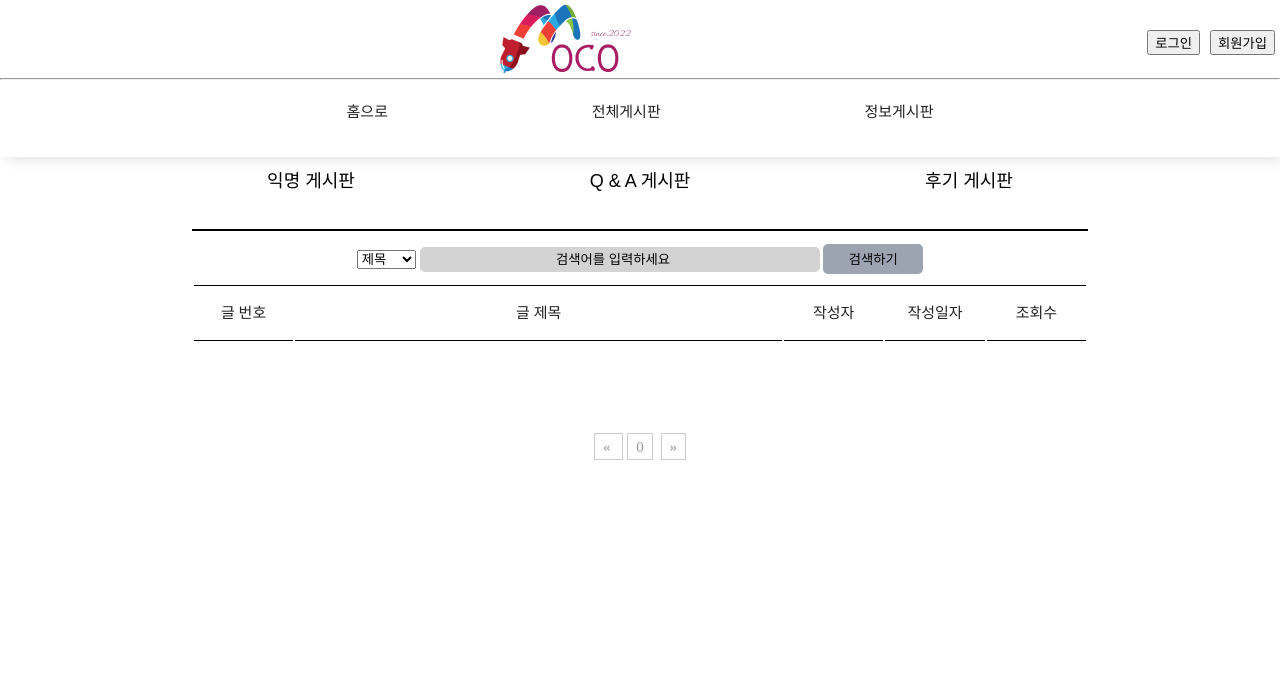
Repository: Pmyjava/mocosemi
Page: http://localhost/moco_SemiProject/WEB-INF/views/board/boardListQNA.jsp
The author's editor kept a copy of each file at every save. The page is drawn from the files as they stood at one save, then again after the next save.
The browser window is 1280 px wide. The pictures show the whole page.
The page is served by Tomcat 9. Nobody is signed in. Other server files are loaded and not shown. The template is opened directly, without the code that normally fills it, so the values that code supplies are empty.

Above is the page before, as saved 2022-11-23 03:25:39.
Console error: SyntaxError: Unexpected token ';'

### Semi_project2/moco_SemiProject/src/main/webapp/WEB-INF/views/board/boardListQNA.jsp
<%@ page language="java" contentType="text/html; charset=UTF-8"
    pageEncoding="UTF-8"%>
<%@ taglib prefix="c" uri="http://java.sun.com/jsp/jstl/core" %>
<!DOCTYPE html>
<html lang="en">
<head>
    <meta charset="UTF-8">
    <meta http-equiv="X-UA-Compatible" content="IE=edge">
    <meta name="viewport" content="width=device-width, initial-scale=1.0">
    <title>게시판</title>
    <style>
        .table{margin: auto;}
        .table td{width: 100px; text-align: center; height: 50px;}
        .table th{width: 150px; text-align: center; width: 325px;}
        #BoardListT{border-top: 2px solid black; width: 70%; }
        #BoardListT td{border-bottom: 1.5px solid black; width: 100px; height: 50px;}
        #BoardListT th{width: 150px; text-align: center; width: 325px;}

        .BoardList button{border: none;}
        #unknown{background-color: white; font-size: 18px; font-weight: 400;}
        #qNa{background-color: white; font-size: 18px; font-weight: 400;}
        #review{background-color: white; font-size: 18px; font-weight: 400;}
        #boardWrite{border: none; background-color: rgba(149, 156, 171, 0.925); color: black; border-radius: 10px;
                    height: 35px; width: 150px; text-align:center;
        }
        #boardWrite:hover{background-color: darkblue; color: white;}

        #searchText{border: none; width: 400px; height: 25px; border-radius: 5px; background-color: lightgray;}
        #searchText::placeholder{text-align: center; color: black;}

        #searchBtn{width: 100px; height: 30px; border: none; border-radius: 5px; background-color: rgba(149, 156, 171, 0.925);}
        #searchBtn:hover{background-color: darkblue; color: white;}

        #number{text-align: center;}
        #header{border: 1px solid black;}
        #footD{border: 1px solid black;}

		 .page{
		  text-align: center;  // div 사이즈 영역 안에서의 center
		  width: 50%;}

		.pagination {
		  list-style: none;
		  display: inline-block;
		  padding: 0;
		  margin-top: 20px;}

		.pagination li {
		  display: inline;
		  text-align: center;}

		// 숫자들에 대한 스타일 지정
		.pagination a {
		  float: left;
		  display: block;
		  font-size: 14px;
		  text-decoration: none;
		  padding: 5px 12px;
		  color: #96a0ad;
		  line-height: 1.5;}

		.first{
		  margin-right: 15px;}

		.last{
		  margin-left: 15px;}

		.first:hover, .last:hover, .left:hover, .right:hover{
		  color: #2e9cdf;}

		.pagination a.active {
		  cursor: default;
		  color: #ffffff;}

		.pagination a:active {
		  outline: none;}

		.modal .num {
		  margin-left: 3px;
		  padding: 0;
		  width: 30px;
		  height: 30px;
		  line-height: 30px;
		  -moz-border-radius: 100%;
		  -webkit-border-radius: 100%;
		  border-radius: 100%;}

		.modal .num:hover {
		  background-color: #2e9cdf;
		  color: #ffffff;}

		.modal .num.active, .modal .num:active {
		  background-color: #2e9cdf;
		  cursor: pointer;}

		.arrow-left {
		  width: 0;
		  height: 0;
		  border-top: 10px solid transparent;
		  border-bottom: 10px solid transparent;
		  border-right:10px solid blue; }

        		.page{padding-top:25px; text-align:center;}
    	.page {padding:3px; MARGIN:3px; TEXT-ALIGN: center}
    	.page A {padding:5px 8px 4px 8px; MARGIN: 2px; BORDER: #ccc 1px solid; COLOR: #999; TEXT-DECORATION: none}
    	.page A:hover {BORDER:#999 1px solid; COLOR: #666;}
    	.page A:active {BORDER:#999 1px solid; COLOR: #666;}
    	.page .current {BORDER: #117bff 1px solid; padding:5px 8px 4px 8px; FONT-WEIGHT: bold; MARGIN: 2px; COLOR: #036cb4;}
    	.page .disabled {BORDER: #eee 1px solid; padding:5px 8px 4px 8px; MARGIN: 2px; COLOR: #ddd;}
    </style>
</head>
<body>
	<header>
    	<jsp:include page="/WEB-INF/views/main/nav.jsp"/>
    </header>
    <br><br><br><br><br><br>
    <hr>
        <div class="BoardList">
        <table class="table" id="CategoryT">
            <tr style="height: 50px;">
            <c:if test="${ !empty loginUser }">
	            <th>
	                <button type="button" id="boardWrite"
	                  onclick="location.href='${contextPath}/boardWrite.bo'">
	                  + &emsp;게시글 작성
	                  </button>
               	</th>
	         </c:if>
	            <th><button type="button" id="unknown" onclick="location.href='${contextPath}/boardUnKnown.bo'"> 익명 게시판</button></th>
	            <th><button type="button" id="qNa" onclick="location.href='${contextPath}/boardQNA.bo'"> Q & A 게시판</button></th>
	            <th><button type="button" id="review" onclick="location.href='${contextPath}/boardReview.bo'"> 후기 게시판</button></th>
            </tr>
        </table>
        <br>
        <table class="table" id="BoardListT">
            <tr style="height: 50px;">
                <td colspan="5">
                	<select>
                		<option value="title">제목</option>
                		<option value="contect">내용</option>
                		<option value="writer">작성자</option>
                	</select>
                    <input type="search" id="searchText" name="searchName" placeholder="검색어를 입력하세요">
                    <button type="button" id="searchBtn">검색하기</button>
                </td>
            </tr>
            <tr>
                <td>글 번호</td>
                <td style="width: 500px;">글 제목</td>
                <td>작성자</td>
                <td>작성일자</td>
                <td>조회수</td>
            </tr>
             <tbody id="selectTbody">
	         	<c:forEach items="${ list }" var="b">
		          			<tr>
		            			<td>${ b.boardNum }</td>
		            			<td>${ b.boardTitle }</td>
		            			<td>${ b.nickName }</td>
				                <td>${ b.boardModifyDate }</td>
				                <td>${ b.boardView }</td>
		          			</tr>
		          </c:forEach>
	          </tbody>
        </table>
    </div>
    <br><br><br>
    	<div class="page">
        	<ul class="pagination">
	            <li class="page-item">
	            	<c:url var="goBack" value="${ loc }">
	            		<c:param name="page" value="${ pi.currentPage-1 }"></c:param>
	            	</c:url>
	            	<a class="page-link" href="${ goBack }" aria-label="Previous">
	            		<span aria-hidden="true">&laquo;</span>
	              	</a>
	            </li>
	            <c:forEach begin="${ pi.startPage }" end="${ pi.endPage }" var="p">
	            	<c:url var="goNum" value="${ loc }">
	            		<c:param name="page" value="${ p }"></c:param>
	            	</c:url>
		            <li class="page-item"><a class="page-link" href="${ goNum }">${ p }</a></li>
	            </c:forEach>
	            <li class="page-item">
            	    <c:url var="goNext" value="${ loc }">
	            		<c:param name="page" value="${ pi.currentPage+1 }"></c:param>
	            	</c:url>
	            	<a class="page-link" href="#" aria-label="Next">
	            		<span aria-hidden="true">&raquo;</span>
	            	</a>
	            </li>
	    	</ul>
	    </div>
	<script>
		window.onload = () =>{
			const tbody = document.querySelector('tbody');
			const tds = tbody.querySelectorAll('td');
			for(const td of tds){
				td.addEventListener('click', function(){
					const trTds = this.parentElement.querySelectorAll('td');
					const boardId = trTds[0].innerText;
					const writer = trTds[2].innerText;
					location.href='${contextPath}/selectBoard.bo?bId=' + boardId + '&writer=' + writer + '&page=' + ${pi.currentPage};
				});
			}
		}
	</script>
</body>
</html>

### Semi_project2/moco_SemiProject/src/main/webapp/WEB-INF/views/main/nav.jsp
<%@ page language="java" contentType="text/html; charset=UTF-8"
    pageEncoding="UTF-8"%>
<%@ taglib prefix="c" uri="http://java.sun.com/jsp/jstl/core" %>

<!DOCTYPE html>
<html lang="ko">
<head>
    <meta charset="UTF-8">
    <meta http-equiv="X-UA-Compatible" content="IE=edge">
    <meta name="viewport" content="width=device-width, initial-scale=1.0">
    <title>nav</title>
    <style>
    	body {
			    margin: 0;
			    color: #222;
			    line-height: 1.5em;
			    font-size: 15px;
			    background-color: white;
			    font-weight: 300;
			}

		header {
			    font-weight: normal;
			    background: white;
			    box-shadow: 5px 0 15px rgba(0, 0, 0, 0.15);
			    width: 100%;
			    position: fixed;
			      top: 0;
			 	 left: 0;
			 	 right: 0;
			 	z-index: 555;
			}
		.navlogin input{
				margin: 5px;
			}
		.navlogin p{
			margin-top: -100px;
			text-align: right;
		}
		#login{
				margin-top: 30px;
				float:right;
			}

		#enroll{
				margin-top: 30px;
				float:right;
			}

		nav {
			    /* border: 1px solid red; */
			    width: 100%;
			    margin: auto;
			}

		nav > div {
			    /* border: 1px solid #000; */
			    height: 70px;
			    line-height: 50px;
			}
		.gnb a {
			    text-decoration: none;
			    color: #222;
			}

		.gnb {
			    display: inline-block;
			    width: 100%;
			    text-align: center;
			}

		.gnb a {
			    margin: 100px;
			}
    </style>
</head>
<body>
	<c:set value="${ pageContext.servletContext.contextPath }" var="contextPath" scope="application"/>
        <!-- header 영역 -->
        <header>
            <!-- 상단 nav bar -->
            <nav>
            	<!-- 제목, 로그인 -->
            	<div style="text-align:center" class="navlogin">
            		<a href="${contextPath }">
            			<img src="resources/assets/moco.png" id="logo">
            		</a>
            		<!-- 로그인 아닐시 -->
            		<c:if test="${ empty loginUser }">
            			<input type="button" id = "enroll" onclick="location.href='${contextPath}/enrollView.me'" value="회원가입"/>
            			<input type="button" id = "login" onclick="location.href='${contextPath}/loginView.me'" value="로그인"/>
            		</c:if>
            		<!-- 로그인 일시 -->
            		<c:if test="${ !empty loginUser }">
            			<p>
            				${ loginUser.memberNickName }님 환영합니다.
            				<button type="button" onclick="location.href='${contextPath}/logout.me'">로그아웃</button>
            			</p>
            		</c:if>
            	</div>
            	<hr>
                <!-- 목차 -->
                <div class="gnb">
                    <a href="${contextPath }">홈으로</a>
                    <a href="${contextPath }/list.bo">전체게시판</a>
                    <a href="${contextPath }/infoList.in">정보게시판</a>
                    <!-- 로그인이 아닐시 -->
                    <c:if test="${ empty loginUser }">
                    	<a href="#" style="display:none">마이페이지</a>
                    </c:if>
                    <!-- 로그인 일시 -->
                     <c:if test="${ !empty loginUser }">
                     	<!-- 일반회원일시. -->
                     	<c:if test="${loginUser.memberIsAdmin eq 'Y'}">
                     		<a href="#">관리자페이지</a>
                     	</c:if>
                    	<!-- 관리자 회원일시. -->
                     	<c:if test="${loginUser.memberIsAdmin eq 'N'}">
                     		<a href="#">마이페이지</a>
                     	</c:if>
                    </c:if>
                </div>
            </nav>
        </header>
</body>
</html>

### Semi_project2/moco_SemiProject/src/main/webapp/WEB-INF/views/main/footer.jsp
<%@ page language="java" contentType="text/html; charset=UTF-8"
    pageEncoding="UTF-8"%>
<!DOCTYPE html>
<html>
<head>
<meta charset="UTF-8">
<title>footer</title>
<style>
	body {
	    margin: 0;
	    color: #222;
	    line-height: 1.5em;
	    font-size: 15px;
	    background-color: white;
	    font-weight: 300;
	}
	footer {
		width: 100%;
	}

	#footer_logo {
	    float: left;
	    margin : 0px 0px 0px 500px;
	}
	#footer_box #address {
	    float: right;
	    margin : 0px 200px 0px 0px;
	}
</style>
</head>
<body>
	<footer>
	<div id="footer_box">
        <div id="footer_logo">
            <img src="resources/assets/moco.png">
        </div>
        <div id="address">
            <ul>
                <li>모두의 코딩</li>
                <li>(스마트웹&콘텐츠개발)스마트웹&콘텐츠 웹 응용SW 개발자 양성과정</li>
                <li>조원 : 강혜진 김동일 송영호 이주희 전혜련 </li>
            </ul>
        </div>
    </div>
</footer>
</body>
</html>

After the next save:
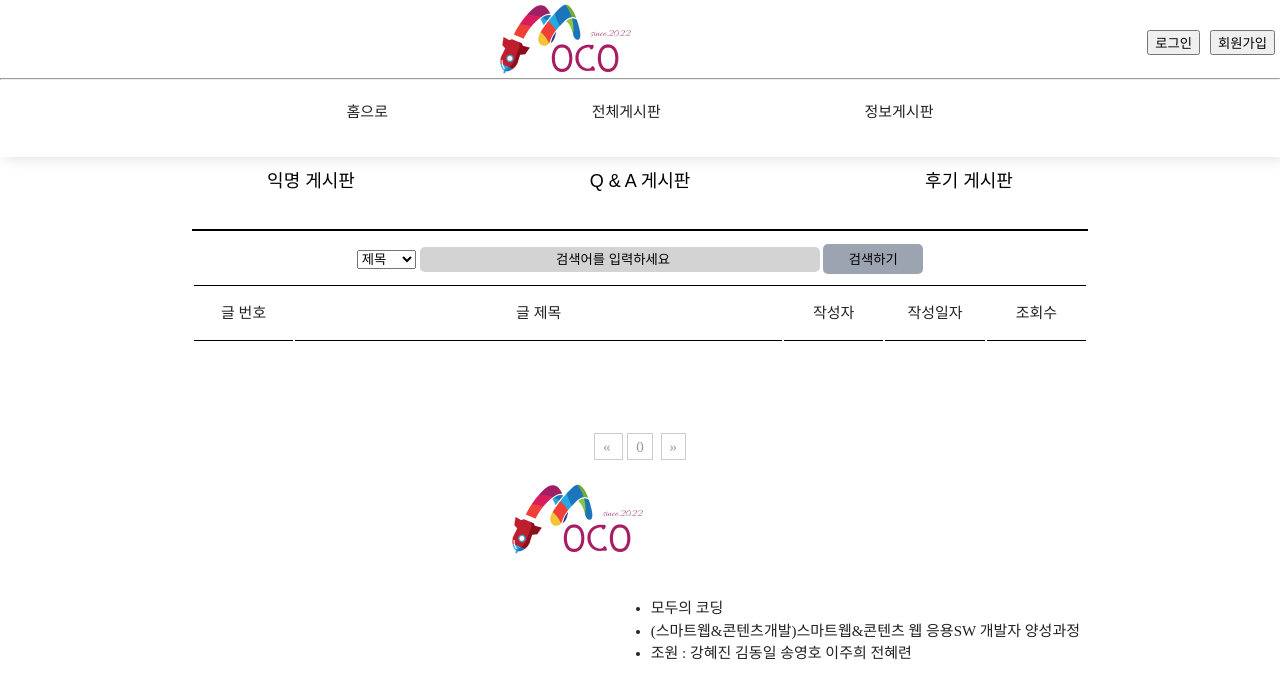
Saved 3 min 57 s later.
--- a/Semi_project2/moco_SemiProject/src/main/webapp/WEB-INF/views/board/boardListQNA.jsp
+++ b/Semi_project2/moco_SemiProject/src/main/webapp/WEB-INF/views/board/boardListQNA.jsp
@@ -191,6 +191,9 @@
 	            </li>
 	    	</ul>
 	    </div>
+	    <footer>
+	    	<jsp:include page="/WEB-INF/views/main/footer.jsp"/>
+	    </footer>
 	<script>
 		window.onload = () =>{
 			const tbody = document.querySelector('tbody');
